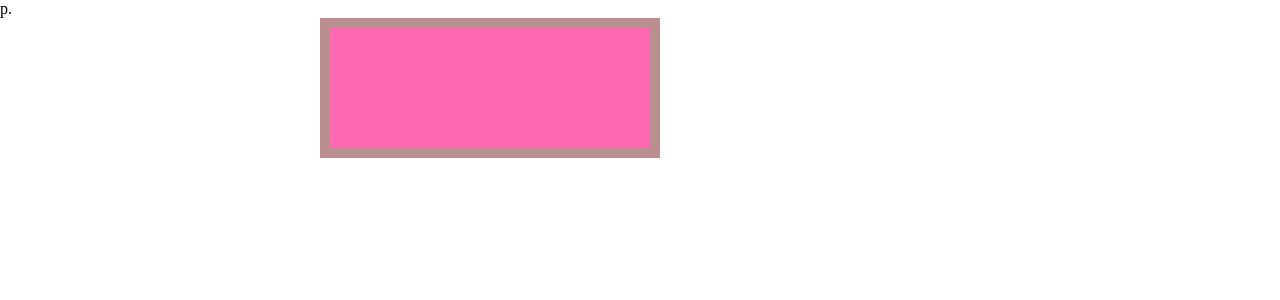
Repository: clairedupuich/kong_jian
Page: sllider_simple/index.html
The author's editor kept a copy of each file at every save. The page is drawn from the files as they stood at one save, then again after a run of saves.
The browser window is 1280 px wide. The pictures show the whole page.

Above is the page before, as saved 2020-11-21 22:35:41.

### sllider_simple/index.html
<!DOCTYPE html PUBLIC "-//W3C//DTD XHTML 1.0 Transitional//EN"
"http://www.w3.org/TR/xhtml1/DTD/xhtml1-transitional.dtd">
<html>
<head>
<meta http-equiv="Content-Type" content="text/html; charset=utf-8"/>
<title></title>
<link rel="stylesheet" href="style.css">

</head>
<body>
    <div class="">
        p.
    </div>
<div id="view">
<ul id="img_list">
<li id="a"></li>
<li id="b"></li>
<li id="c"></li>
</ul>
</div>

<script src="main.js"></script>
</body>
</html>

### sllider_simple/style.css
* {
    margin: 0;
    padding: 0;
}

ul {
    list-style: none;
}

#view {
    position: relative;
    width: 320px;
    height: 120px;
    margin-left: 320px;
    border: 10px solid #bc8f8f;
    overflow: hidden;
}

#view:after {
    content: '.';
    display: block;
    clear: both;
    height: 0;
    visibility: hidden;
}

#img_list {
    position: absolute;
    width: 960px;
}

#img_list li {
    float: left;
    width: 320px;
    height: 120px;
}

#a {
    background: #87ceeb;
}

#b {
    background: #ff69b4;
}

#c {
    background: #98fb98;
}

### sllider_simple/main.js
var img_list = document.getElementById('img_list');
setInterval(function () {
    img_list.appendChild(img_list.firstChild);
}, 500)

After the next 5 saves:
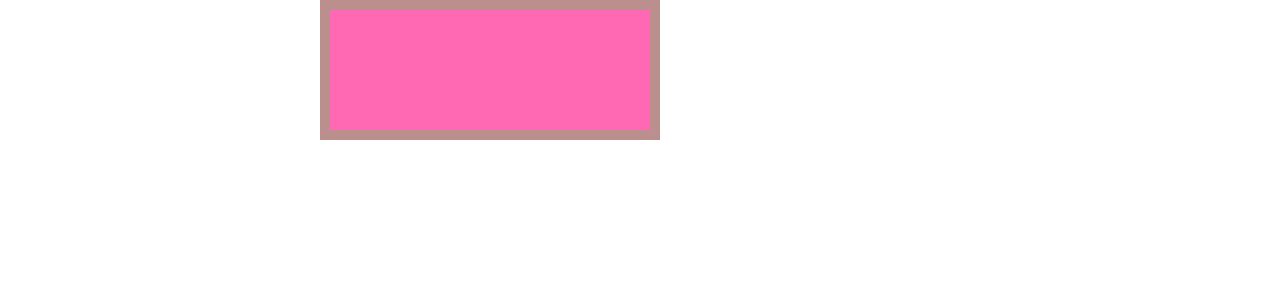
The 5 saves are shown as one change because they came seconds apart.
The last was saved 12 s later.
--- a/sllider_simple/index.html
+++ b/sllider_simple/index.html
@@ -9,7 +9,9 @@
 </head>
 <body>
     <div class="">
-        p.
+        <p class="pp">
+
+        </p>
     </div>
 <div id="view">
 <ul id="img_list">
